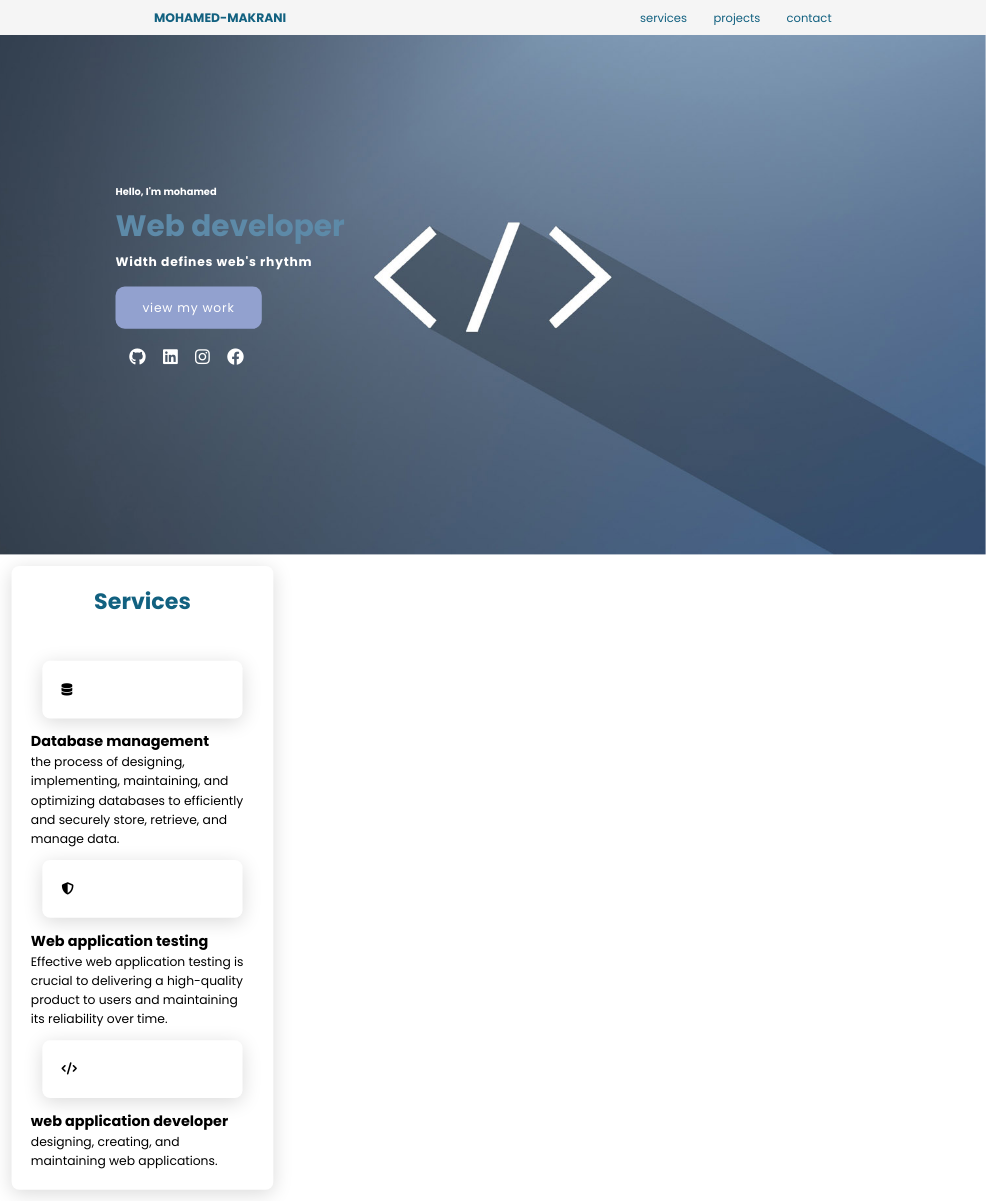
Repository: mohamed-makrani/Portfolio
Page: indixe.html
The author's editor kept a copy of each file at every save. The page is drawn from the files as they stood at one save, then again after the next save.
The browser window is 1280 px wide. The pictures show the whole page, at 77% of full size.
Backgrounds fixed to the window are drawn as part of the page.

Above is the page before, as saved 2023-09-16 19:30:10.

### indixe.html
<!DOCTYPE html>
<html lang="en">
<head>
    <meta charset="UTF-8">
    <meta name="descreption" content="makrani-mohamed/portfilio"/>
    <title>Mohamed-makrani</title>
    <link rel="stylesheet" href="https://cdnjs.cloudflare.com/ajax/libs/font-awesome/6.4.2/css/all.min.css"/>
    <link  rel="stylesheet" href="style.css" />
</head>
<body>
    <header>
        <a class="logo" href="#" >Mohamed-makrani</a>
        <nav class="navigation">
            <a href="#services" >services</a>
            <a href="#" > projects</a>
            <a href="#"> contact </a>

        </nav>
    </header>
    <section class="main">
        <div>
            <h6>Hello, I'm mohamed </h6>
            <h1>Web developer</h1>
            <h4>Width defines web's rhythm</h4>
        <a href="#" class="main-button">view my work</a>
        <div class="social-media">
            <a href="#" ><i class="fa-brands fa-github"></i></a>
            <a href="#" ><i class="fa-brands fa-linkedin"></i></a>
            <a href="#"><i class="fa-brands fa-instagram"></i></a>
            <a href="#"><i class="fa-brands fa-facebook"></i></a>
        </div>
        </div>
    </section>
    <section class="card" id="services" >
        <h2 class="title">Services</h2>
        <div class="content">
            <div class="card">
                <div class="icon"> <i class="fa-solid fa-database"></i></div>

            </div>
            <div class="info">
                <h3>Database management</h3>
                <p> the process of designing, implementing, maintaining, and optimizing databases to efficiently and securely store, retrieve, and manage data.</p>
            </div>
            <div class="card">
                <div class="icon"><i class="fa-solid fa-shield-halved"></i></i></div>
            </div>
            <div class="info">
                <h3>Web application testing</h3>
                <p> Effective web application testing is crucial to delivering a high-quality product to users and maintaining its reliability over time.</p>
            </div>
            <div class="card">
                <div class="icon"><i class="fa-solid fa-code"></i></div>
            </div>
            <div class="info">
                <h3>web application developer</h3>
                <p> designing, creating, and maintaining web applications.</p>
            </div>




        </div>












    </section>





















</body>
</html>

### style.css
@import url('https://fonts.googleapis.com/css2?family=Poppins:ital,wght@0,200;0,300;0,400;0,500;0,600;0,700;0,800;0,900;1,100;1,200;1,300;1,400;1,500;1,600;1,700;1,800;1,900&display=swap');

*{

    font-family: 'Poppins', sans-serif;
    margin: 0;
    padding: 0;
    box-sizing: border-box;
    scroll-behavior: smooth;
}
 header{

    background-color: #f5f5f5;
    width: 100%;
    position: fixed;
    display: flex;
    z-index: 999;
    justify-content: space-between;
    align-items: center;
    padding: 10px 200px;

 }
 .logo {
    /* default is 16 px */

    text-decoration: none;
    font-size: 16px;
    color: #126180;
    text-transform: uppercase;
    font-weight: 700;
 }
 .navigation a{
    color: #126180;
    font-size: 15px;
    font-weight: 600px;
    text-decoration: none;
    padding-left:  30px;

 }
.navigation a:hover {

color: rgb(83, 15, 146);
}
 section {

   padding: 100px 150px;
 }
 .main{

   width: 100%;
   min-height: 100vh;
   display: flex;
   align-items: center;
   background:url(backround.jpg) no-repeat;
   background-size: cover;
   background-position:center ;
   background-attachment: fixed;

 }
 .main h6 {

   color: white;
   font-weight:500px ;
   font-size: 0.8em;


 }

 .main h1 {

   color:#5d8aa8 ;
   font-size: 2.4em;
   font-weight: 500px;
   margin-top: 6px;
 }
 .main h4 {

   color: white;
   font-size: 1em;
   font-weight: 500px;
   margin-top: 6px;
   margin-bottom: 20px;
   letter-spacing:1px;
 }
.main-button {

color : white;
text-decoration: none;
background-color: #92a1cf;
letter-spacing : 1px;
font-size: 1em;
font-weight: 600px;
display: inline-block;
padding: 0.935em 2.187em;
border-radius: 12px;
margin-bottom: 20px;
transition: 0.7s ease;

}
.main-button :hover{
   background-color:#545aa7;
   transform: scale(1.1);
}
.social-media a{

   color: white;
   font-size: 22px;
   padding-left: 18px;

}

.title {

   display: flex;
   justify-content: center;
   color:#126180;
   font-size:1.8em ;
   font-weight: 700px;
   margin-bottom: 40px;
}
.content {
   display:flex;
   justify-content: center;
   flex-direction: row;
   flex-wrap: wrap;
}
.card {
   background-color:white;
   width: 21.25em;
   box-shadow: 0 5px 25px rgba(1 1 1 / 15%);
   border-radius: 10px;
   padding: 25px;
   margin: 15px;
}

After the next save:
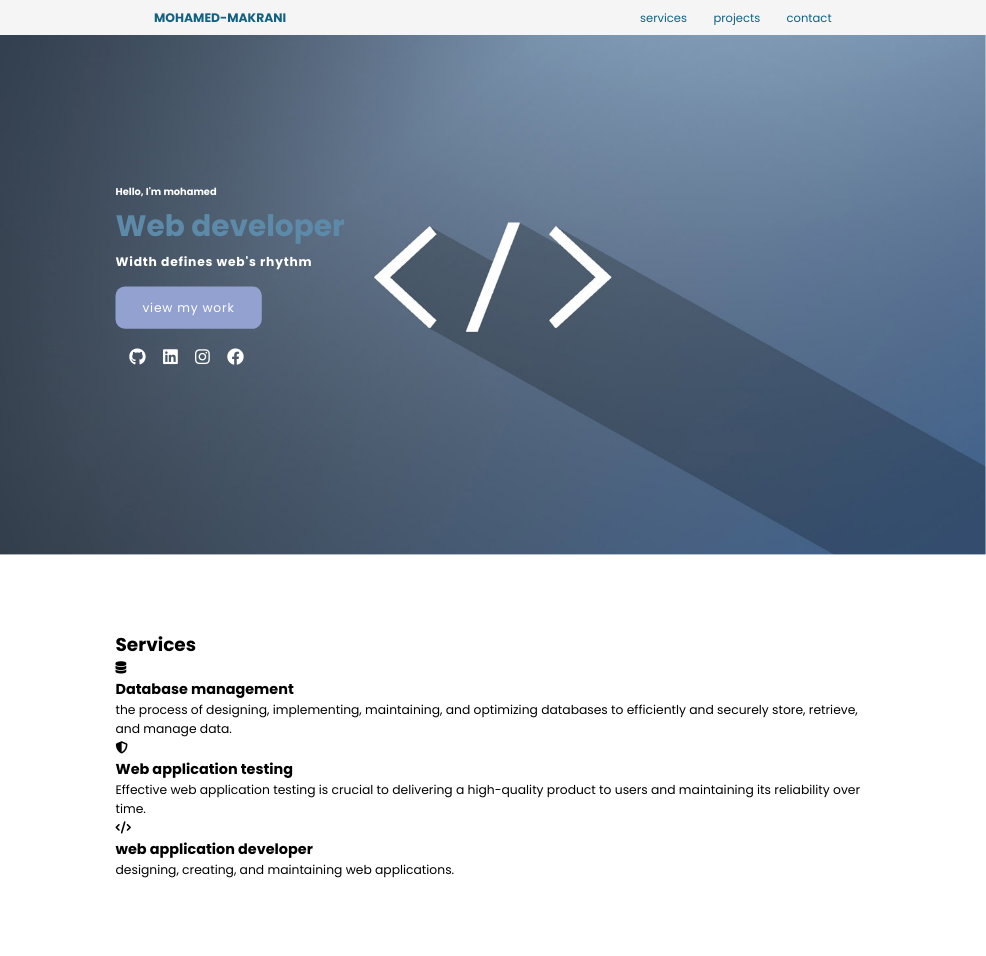
Saved 111 s later.
--- a/style.css
+++ b/style.css
@@ -108,27 +108,3 @@ transition: 0.7s ease;
    padding-left: 18px;
 
 }
-
-.title {
-
-   display: flex;
-   justify-content: center;
-   color:#126180;
-   font-size:1.8em ;
-   font-weight: 700px;
-   margin-bottom: 40px;
-}
-.content {
-   display:flex;
-   justify-content: center;
-   flex-direction: row;
-   flex-wrap: wrap;
-}
-.card {
-   background-color:white;
-   width: 21.25em;
-   box-shadow: 0 5px 25px rgba(1 1 1 / 15%);
-   border-radius: 10px;
-   padding: 25px;
-   margin: 15px;
-}
